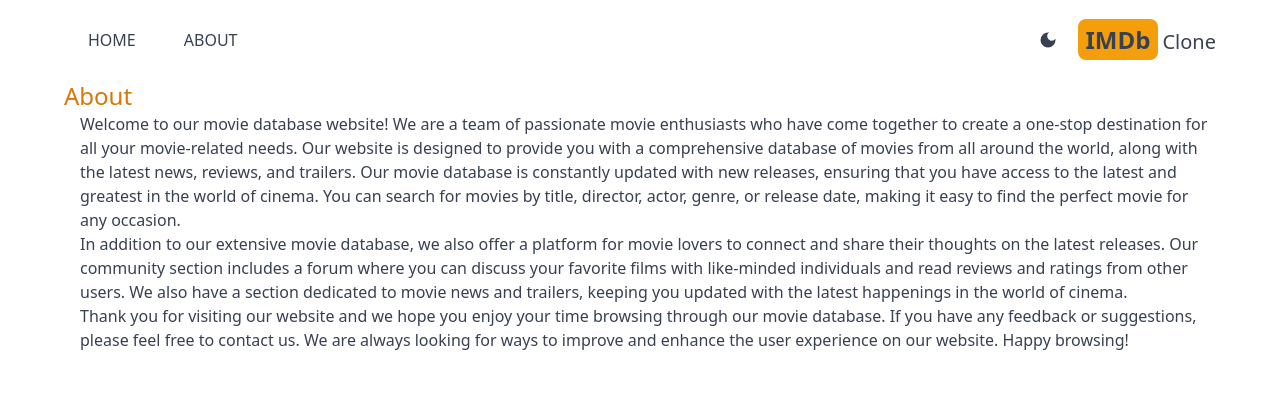
Repository: dnjfht/imdb
Page: /about
These files come from the project's save history. The page is drawn as it stood at one moment and after the next save; the edit follows.
The browser window is 1280 px wide. The pictures show the whole page.
The project was rebuilt for these pictures with package versions that can differ from the ones it lists, and the page was loaded fresh each time. The framework's server and built-in components were replaced by stand-ins that run in the browser. Also part of the build but not shown: next.config.js.

Above is the page before, as saved 2023-10-02 12:02:02.

After the next save:
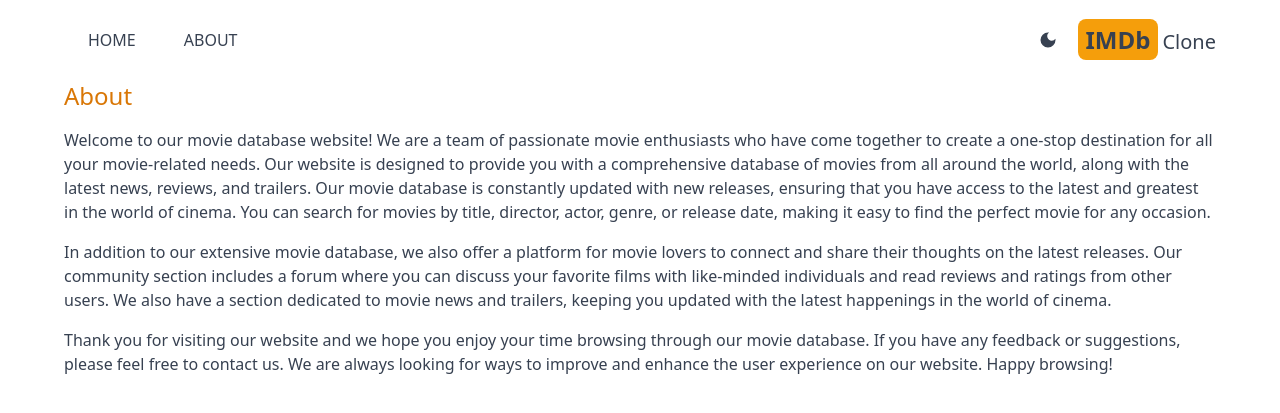
Saved 101 s later.
--- a/src/app/about/page.js
+++ b/src/app/about/page.js
@@ -1,6 +1,6 @@
 export default function About() {
   return (
-    <div className="max-w-6xl sm:mx-auto space-x-4">
+    <div className="max-w-6xl sm:mx-auto space-y-4">
       <h1 className="text-2xl font-medium text-amber-600">About</h1>
 
       <p>
